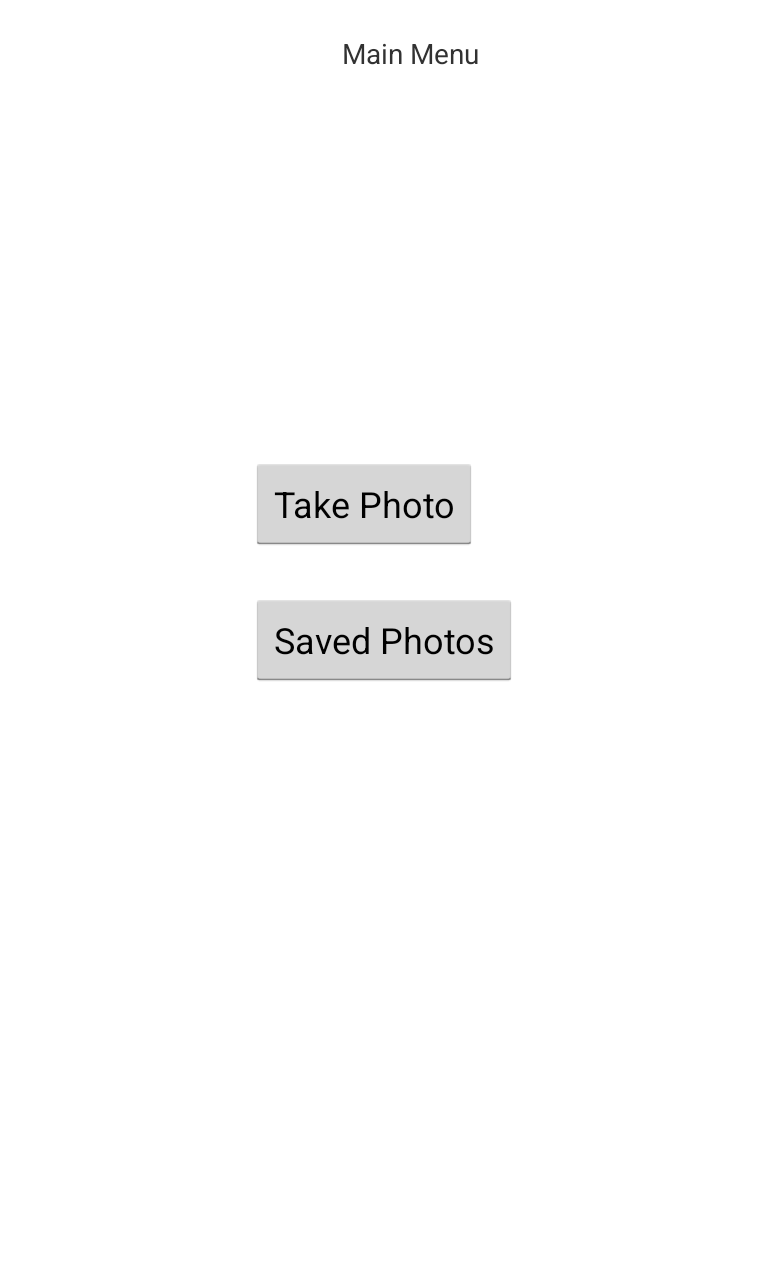
Repository: jonathansparks/Always-On-Always-Connected
Layout: Catify/res/layout/activity_main.xml
An editor plug-in stored every save of this project. The layout is shown before and after the next save, followed by the edit.
It is drawn on a 768 x 1280 px phone screen (xhdpi) without system bars, with theme AppTheme; the app's code is not run.

Above is the layout before, as saved 2014-02-23 20:06:30.

After the next save:
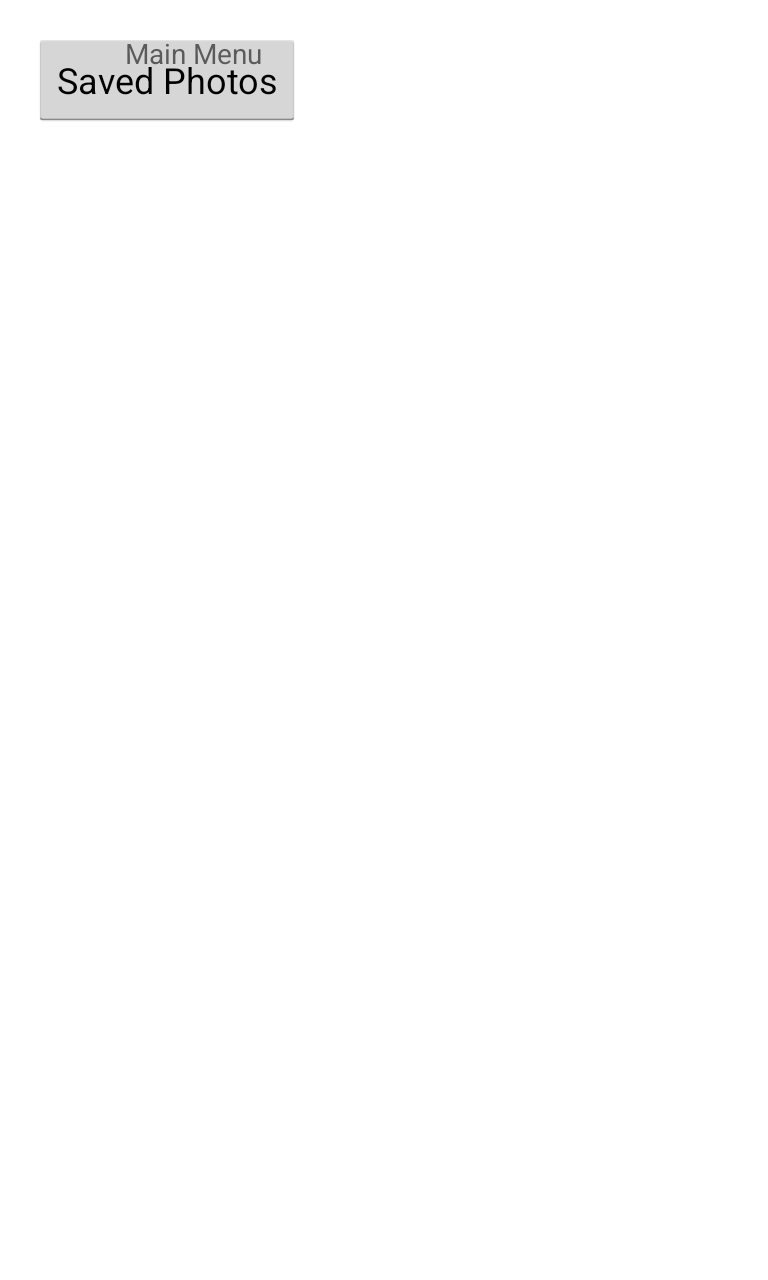
Saved 23 s later.
--- a/Catify/res/layout/activity_main.xml
+++ b/Catify/res/layout/activity_main.xml
@@ -31,8 +31,7 @@
         android:id="@+id/button1"
         android:layout_width="wrap_content"
         android:layout_height="wrap_content"
-        android:layout_centerHorizontal="true"
-        android:layout_centerVertical="true"
+
         android:layout_gravity="center_horizontal"
         android:text="@string/saved_photos" />
 

After the save that followed:
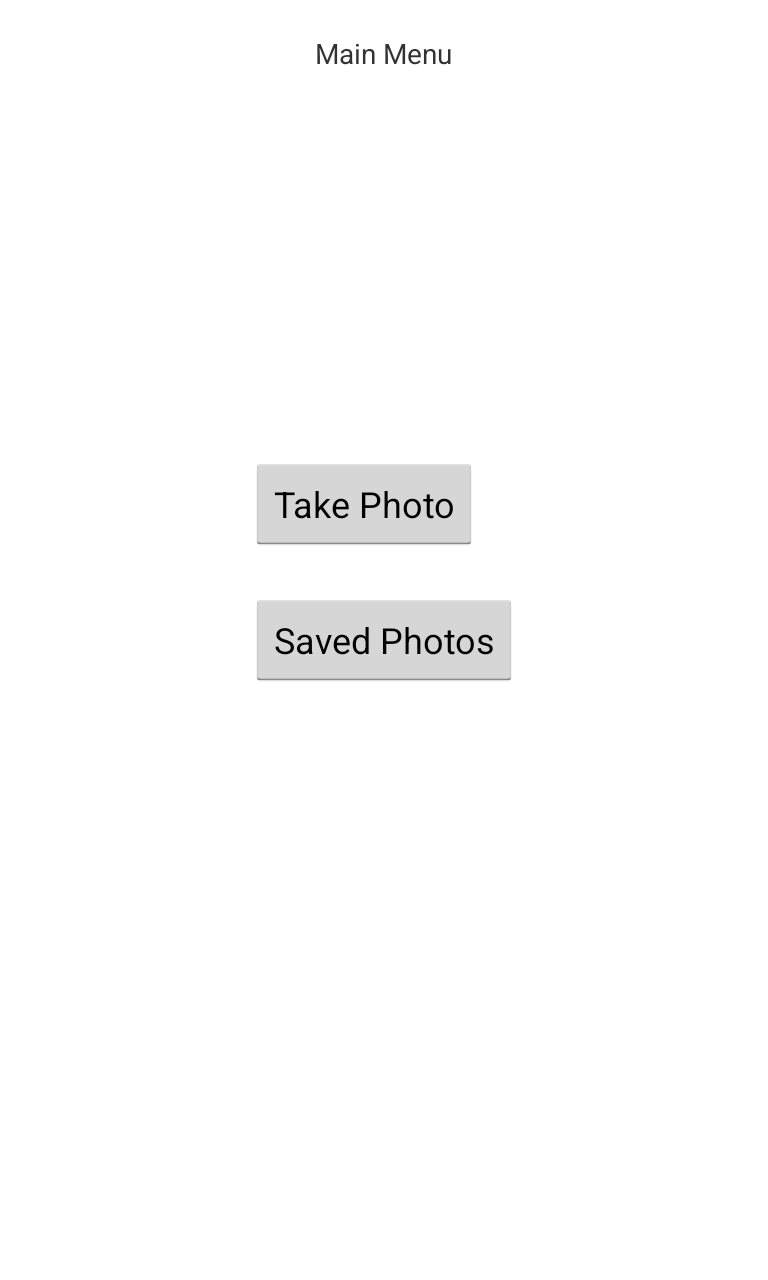
Saved 106 s later.
--- a/Catify/res/layout/activity_main.xml
+++ b/Catify/res/layout/activity_main.xml
@@ -13,7 +13,8 @@
         android:layout_width="wrap_content"
         android:layout_height="wrap_content"
         android:layout_alignParentTop="true"
-        android:layout_alignRight="@+id/button2"
+         android:layout_centerHorizontal="true"
+        android:layout_centerVertical="true"
         android:layout_marginTop="1dp"
         android:text="@string/hello_world" />
 
@@ -31,7 +32,8 @@
         android:id="@+id/button1"
         android:layout_width="wrap_content"
         android:layout_height="wrap_content"
-
+        android:layout_centerHorizontal="true"
+        android:layout_centerVertical="true"
         android:layout_gravity="center_horizontal"
         android:text="@string/saved_photos" />
 
